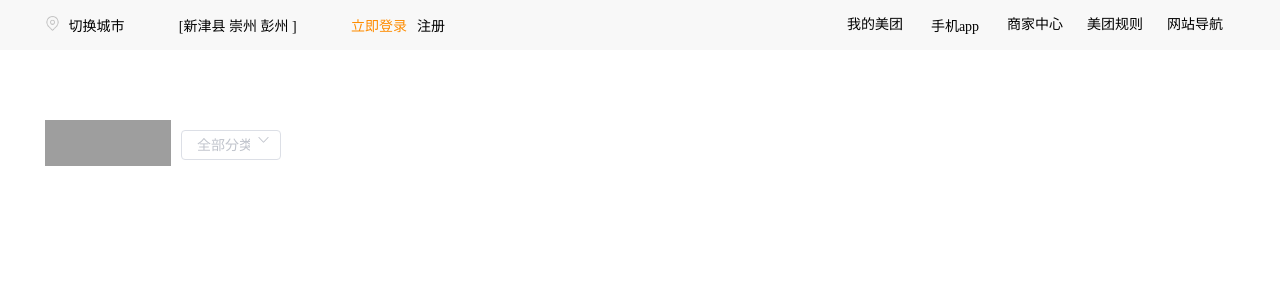
Repository: jinggegeZ/-
Page: /detail
The author's editor kept a copy of each file at every save. The page is drawn from the files as they stood at one save, then again after the next save.
The browser window is 1280 px wide. The pictures show the whole page.
Pictures or frames that could not be fetched are drawn as grey boxes. The page's requests for data from a server got no answer. The project was rebuilt for these pictures with package versions that can differ from the ones it lists, and the page was loaded fresh each time. No one was signed in, and anything a server would have sent is missing. Also part of the build but not shown: vue.config.js, src/components/Navigation/Navigation.vue, src/components/navbox/navbox.vue, src/components/Sty/Sty.vue, src/views/Home.vue.

Above is the page before, as saved 2020-08-24 15:32:24.

### public/index.html
<!DOCTYPE html>
<html lang="en">
  <head>
    <meta charset="utf-8">
    <meta http-equiv="X-UA-Compatible" content="IE=edge">
    <meta name="viewport" content="width=device-width,initial-scale=1.0">
    <link rel="icon" href="<%= BASE_URL %>favicon.ico">
    <title><%= htmlWebpackPlugin.options.title %></title>
  </head>
  <body>
    <script src="//at.alicdn.com/t/font_2017422_ck56kzje6p4.js"></script>
    <noscript>
      <strong>We're sorry but <%= htmlWebpackPlugin.options.title %> doesn't work properly without JavaScript enabled. Please enable it to continue.</strong>
    </noscript>
    <div id="app"></div>
    <!-- built files will be auto injected -->
  </body>
</html>

### src/App.vue
<template>
  <div id="app">
    <router-view/>
  </div>
</template>

<style lang="scss">
@import '../src/style/style';
</style>

### src/style/style.css
* {
    margin: 0;
    padding: 0;

}
body,html{
    background: #fff;
}
/* 这是css3媒体查询 */
@media screen and (max-width: 1200px) {
    .top {
        width: 960px !important;
    }
}

/* top样式 */
.topbox {
    width: 100%;
    display: flex;
    justify-content: center;
    background: rgb(248,248,248);
    font-size: 14px;
}

.topbox2 {
    width: 100%;
    display: flex;
    justify-content: center;
    font-size: 14px;
    margin-top: 20px;
}
.topbox1 {
    width: 100%;
    display: flex;
    justify-content: center;
    box-shadow: 0px 15px 20px -15px rgb(234,234,234);
    font-size: 14px;
}
.topbox3 {
    width: 100%;
    display: flex;
    justify-content: center;
    font-size: 14px;
}
.restopbox {
    width: 100%;
    display: flex;
    justify-content: center;
    /* background: rgb(248,248,248); */
    font-size: 14px;
    border-bottom: 1.8px solid rgb(238,238,238);
}
.top {
    width: 1190px;

}

.top1 {

    height: 50px;
    display: flex;
    justify-content: space-between;
}

.leftbox {
    display: flex;
    align-items: center;
    width: 400px;
    justify-content: space-between;
}
.spans1 {
    margin-left: 5px;
}
.user {
    display: flex;
}
.spans:hover {
    color: #FE8C00;
}
.spans1:hover {
    color: #FE8C00;
}
.rightbox {
    display: flex;
    align-items: center;
    width: 400px;
    justify-content: space-between;
}

.rightbox1 {
    width: 100px;
    height: 50px;
    display: flex;
    align-items: center;
    justify-content: center;
    position: relative;

}

.postion {
    position: absolute;
    z-index: 999;
    width: 100%;
    height: 100%;
    text-align: center;
    line-height: 50px;
}

.rightbox2 {
    visibility: hidden;
    right: -1px;
    position: absolute;
    z-index: 998;
    top: 99%;
    background: white;
    border-left: 1px solid rgb(229, 229, 229);
    border-bottom: 1px solid rgb(229, 229, 229);
    border-right: 1px solid rgb(229, 229, 229);
    box-shadow: 0px 0px 10px 0px #ccc;
}

.rightbox3 {
    height: 36px;
    line-height: 36px;
    text-align: center;
    width: 80px;
}

.rightbox4 {
    height: 36px;
    line-height: 36px;
    text-align: center;
    width: 118px;
}

.rightbox5 {
    width: 1190px;
    height: 300px;
    display: flex;
    justify-content: center;
}

.rightbox6 {
    width: 95%;
    height: 95%;
    display: flex;
    justify-content: space-between;
}

.rightbox6-1 {
    width: 200px;
}

.rightbox6-1-1 {
    width: 200px;
    height: 80px;
    display: flex;
    justify-content: center;
    align-items: center;
    font-size: 16px;
}

.rightbox6-1-2 {
    width: 200px;
    height: 190px;
    font-size: 12px;
}

.rightbox6-1-2-1 {
    height: 30px;
    width: 100%;
    display: flex;
    justify-content: space-between;
    align-items: center;
}

.rightbox6-1-2-2 {
    height: 30px;
    width: 100%;
    display: flex;
    justify-content: flex-start;
    align-items: center;
}

.rightbox6-2 {
    width: 100px;
}

.rightbox6-2-1 {
    width: 100px;
    height: 80px;
    display: flex;
    justify-content: center;
    align-items: center;
    font-size: 16px;
}

.rightbox6-2-1-1 {
    width: 100px;
    height: 190px;
    font-size: 12px;
}

.rightbox6-2 {
    width: 100px;
}

.rightbox6-2-1-1-font {
    width: 100%;
    height: 25px;
    display: flex;
    justify-content: center;
    align-items: center;
}

.rightbox6-3 {
    width: 350px;

}

.rightbox6-3-1 {
    width: 350px;
    height: 80px;
    display: flex;
    justify-content: center;
    align-items: center;
    font-size: 16px;
}

.rightbox6-3-1-1 {
    width: 350px;
    height: 190px;
    font-size: 12px;
}

.rightbox6-3-1-1-1 {
    width: 100%;
    height: 80px;
    display: flex;
    justify-content: space-around;
    align-items: center;
}

.rightbox6-3-1-1-1-img {
    width: 60px;
    height: 60px;
    border-radius: 5px;
}

.nav2box2font:hover {
    color: rgb(251, 199, 0);
}

.nav2box2font2:hover {
    color: red;
}

.postion:hover {
    color: #FE8C00;
}

.rightbox3:hover {
    color: #FE8C00;
}

.rightbox4:hover {
    color: #FE8C00;
}

.rightbox1:hover .rightbox2 {
    visibility: visible
}

.rightbox1:hover {
    box-shadow: 0 3px 5px 0 rgba(0, 0, 0, 0.1);
}

.rightbox1:hover .postion {
    background-color: white;


}

.leftboximg {
    width: 15px;
    height: 15px;
}

.rightnow {
    color: #FE8C00;
    margin-right: 10px;
}

/* nav部分 */
.nav {
    height: 140px;
    width: 100%;
    display: flex;
    align-items: center;
}

.nav1 {
    width: 240px;
    margin-right: 100px;
}

.nav1img {
    width: 126px;
    height: 46px;

}

.nav1input {
    display: flex;
    width: 469px;
    height: 50px;
    align-items: center;
}

.nav1input1 {
    width: 469px;
    position: relative;
}

.nav1input1box {
    position: absolute;
    top: 140px;
    width: 469px;
    background-color: white;
    border-radius: 5px;
    z-index: 99;
}

.item {
    width: 100%;
    height: 30px;
    font-size: 12px;
    margin-left: 10px;
}

.nav1inputboox {
    width: 80px;
    height: 40px;
    background-color: #FE8C00;
    display: flex;
    justify-content: center;
    align-items: center;
}

.nav1inputbooximg {
    width: 20px;
    height: 20px;
}

.nav2 {
    width: 100%;
    height: 50px;
    display: flex;
}

.nav2box {
    width: 228px;
    height: 50px;
    border-left: 1px solid rgb(229, 229, 229);
    border-top: 1px solid rgb(229, 229, 229);
    border-right: 1px solid rgb(229, 229, 229);
    display: flex;
    align-items: center;
    font-size: 17px;
}

.all {
    padding-left: 20px;
}

.nav2box2 {
    margin-left: 60px;
    display: flex;
    align-items: center;
    justify-content: space-around;
    width: 500px;
    font-size: 17px;
}

/* navbox 部分 */
.navbox {
    display: flex;
}

.navleftbox {
    width: 18%x;
    height: 425px;
    border-left: 1px solid rgb(229, 229, 229);
    border-right: 1px solid rgb(229, 229, 229);
    border-bottom: 1px solid rgb(229, 229, 229);
}

.navrightbox {
    width: 78%;
    height: 425px;
}

.navleftbox-item {
    width: 228px;
    height: 26px;
    display: flex;
    justify-content: space-between;
    align-items: center;
    flood-color: #646464;
    margin-top: 1px;
    position: relative;
}

.navleftbox-item:hover .itembox {
    background: rgb(254,254,254);
    visibility: visible;
}

.icon {
    width: 16px !important;
    height: 16px !important;
    margin-right: 10px;
}

.icon1 {
    width: 12px;
    height: 12px;
}

.itembox {
    visibility: hidden;
    position: absolute;
    left: 100%;
    width: 400px;
    height: 450px;
    top: 0;
    display: flex;
    justify-content: center;
    align-items: center;
    z-index: 99;
}

.itembox1 {
    width: 90%;
    height: 90%;

}

.itembox2 {
    width: 100%;
    line-height: 60px;
    font-size: 16px;

    margin-bottom: 20px;
}

.item-child {
    width: 100%;
    display: flex;
    justify-content: space-between;
    border-bottom: 1px solid rgb(229, 229, 229);
}

.itembox3 {
    display: flex;
    flex-wrap: wrap;
}

.itembox4 {
    color: #999;
    font-size: 12px;
    line-height: 15px;
    display: inline-block;
    margin-right: 16px;
    margin-top: 10px;
    cursor: pointer;
}

/* navbox右边渲染部分css */
.navrightbox-1 {
    display: flex;
    width: 950px;
    margin-left: 10px;
    margin-top: 10px;
}

.navrightbox-swiper {
    width: 550px;
    height: 240px;
}
.swiperimg {
    width: 550px;
}
.el-carousel__item h3 {
    color: #475669;
    font-size: 18px;
    opacity: 0.75;
    line-height: 300px;
    margin: 0;
}

.el-carousel__item:nth-child(2n) {
    background-color: #99a9bf;
}

.el-carousel__item:nth-child(2n+1) {
    background-color: #d3dce6;
}
.el-carousel{
    height: 100%;
}
.el-carousel__container{
    height: 100% !important;
}
.navrightbox-2 {
    width: 150px;
    height: 239px;
    margin: 0 10px;
}
.navrightbox-2img {
    width: 150px;
}
.top-loginbox {
    width: 228px;
    height: 238px;
    border: 1px solid rgb(229,229,229);
    background:#fff;
    display: flex;
    justify-content: center;
    align-items: center;
}
.top-loginbox1 {
    width: 95%;
    height: 95%;
}
.top-loginbox2 {
    width: 95%;
    height: 95%;
    display: flex;
    justify-content: center;
    align-items: center;
    position: relative;
}
.top-loginbox2-1 {
    width: 100%;
    height: 100%;
}
.top-loginbox2-1imgbox {
    width: 100%;
    height: 150px;
    display: flex;
    justify-content: center;
    align-items: center;
}
.top-loginbox2-1img {
    width: 50px;
    height: 50px;

}
.userbox {
    width: 100%;
    display: flex;
    justify-content: center;
}
.changebox {
    position: absolute;
    top: 0;
    right: 0;
    width: 30px;
    height: 30px;

}
.changeboximg {
    width: 30px;
    height: 30px;
}
.headimg {
    width: 228px;
    height: 59px;
    margin-bottom: 5px;
    display: flex;
    justify-content: center;
    align-items: center;
}
.headimg1{
    width: 55px;
    height: 55px;
    border-radius: 50%;
}
.headimg2 {
    width: 228px;
    height: 21px;
    margin-bottom: 5px;
    display: flex;
    justify-content: center;
    align-items: center;
}
.headimg2-1 {
    width: 96px;
    display: flex;
    justify-content: center;
    align-items: center;
}
.headimg3 {
    width: 119px;
    height: 39px;
    display: flex;
    justify-content: center;
    align-items: center;
    border-radius: 25px;
    border:1px solid rgb(229,229,229);
}
/* 下部解析部分 */
.bottombox {
    display: flex;
    margin-left: 10px;
}
.bottombox-1 {
    width: 270px;
    height: 165px;
    margin-top: 10px;
    margin-right: 10px;
}
.bottombox-1img {
    width: 270px;
}
.bottombox-2 {
    width: 270px;
    height: 165px;
    margin-top: 10px;
    margin-right: 10px;
}
.bottombox-3 {
    width: 150px;
    height: 165px;
    margin-top: 10px;
    margin-right: 10px;
}
.bottombox-3img {
    width: 150px;
}
.bottombox-4 {
    width: 230px;
    height: 165px;
    border:1px solid rgb(229,229,229);
    margin-top: 10px;
}
.bottombox-4-1 {
    width: 230px;
    height: 100px;
    display: flex;
    justify-content: center;
    align-items: center;
}
.bottombox-4-1-1 {
    width: 95px;
    height: 95px;
}
.bottombox-5 {
    width: 230px;
    height: 30px;
    display: flex;
    justify-content: center;
    align-items: center;
    font-size: 16px;
}
.bottombox-6 {
    scale: 230px;
    height: 20px;
    display: flex;
    justify-content: center;
    align-items: center;
    font-size: 12px;
}
.bottombox6-1 {
    color: red;
    margin-right: 5px;
}
/* 有格调部分 */
.stybox {
    width: 100%;
    height: 50px;
    background: rgb(242,191,71);
    display: flex;
    justify-content: space-between;
    align-items: center;
    border-radius: 10px 10px 0 0 ;
}
.stybox1 {
    display: flex;
}
.stybox1-font {
    font-size: 18px;
    color: white;
    margin: 0 20px 0 20px;
}
.stybox1-font2 {
    font-size: 12px;
    color: white;
    display: flex;
    align-items: center;
    width: 400px;
    justify-content: space-between;
}
.stybox1-font2-item1 {
    position: relative;
    width:120px;
    display: flex;
    justify-content: center;
}
/* .stybox1-font2-item1:hover .triangle_border_up {
    visibility: visible;
}
.stybox1-font2-item2:hover .triangle_border_up {
    visibility: visible;
}
.stybox1-font2-item4:hover .triangle_border_up {
    visibility: visible;
} */
.stybox1-font2-item2 {
    text-align: center;
}

.stybox2-img {
    width: 14px;
    height: 14px;
    margin-top: 5px;
}
.stybox2 {
    font-size: 14px;
    color: white;
    display: flex;
    align-items: center;
}
/* 向上的三角形 */
.triangle_border_up{
    /* visibility: hidden; */
    width:0px;
    height:0px;
    border-width:0 10px 10px;
    border-style:solid;
    border-color:transparent transparent #fff;/*透明 透明  灰*/
    margin-top:10px;
    position: absolute;
    bottom: -17px;
}
.stybox3 {
    width: 1188px;
    height: 687px;
    background: #fff;
    border-radius: 0 0 10px 10px;
    border: 1px solid rgb(229,229,229);
    font-size: 12px;
    display: flex;
    flex-wrap: wrap;
}
.stybox3-item {
    width: 370px;
    height: 330px;
    margin: 10px;

}
.stybox3-itemimg {
    width: 370px;
    height: 208px;
    margin-bottom: 10px;

}
.stybox3-itemimg1 {
    width: 370px;
    height: 208px;

}
.stybox3-itemfont {
    font-size: 14px;
}
.font2 {
    font-size: 14px;
    overflow: hidden;
    text-overflow: ellipsis;
    display: -webkit-box;
    -webkit-line-clamp: 1;
    -webkit-box-orient: vertical;
}
/* 城市选择部分 */
.citybox {
    width: 1190px;
    padding: 20px;
    font-size: 16px;
    background-color: #fff;
    margin: 20px auto 0;
    border: 1px solid #E5E5E5;
    border-radius: 4px;
    min-height: 1000px;
    padding: 20px;
}
.citybox-province {
    width: 100%;
    height: 71px;
    display: flex;
    align-items: center;
    padding: 0px 0px 19px;
    border-bottom: 1px solid #E5E5E5;
}
.proviencechosebox {
    width: 220px;
    height: 40px;
    margin: 0 10px 0 20px;
    font-size: 14px;
    color: #666;
    border-radius: 4px;
    display: flex;
    justify-content: center;
}

.citychosebox {
    width: 220px;
    height: 40px;
    font-size: 14px;
    color: #666;
    border-radius: 4px;
    display: flex;
    justify-content: center;
}
.cityboximg {
    width: 10px;
    height: 15px;
}
/* 直接搜素 */
.directSearch {
    margin-left: 50px;
    display: flex;
    align-items: center;
}
.directSearchbox {
    width: 220px;
    height: 40px;
    font-size: 14px;
    color: #666;
    border-radius: 4px;
    display: flex;
    justify-content: center;
}
.el-input__inner {
    width: 100% !important;
}
.el-input {
    width: 100% !important;
}
/* 热门城市选择 */
.hotcitychose {
    width: 100%;
    height: 71px;
    display: flex;
    align-items: center;
    border-bottom: 1px solid #E5E5E5;
}
.hotcitychosebox {
    display: flex;
    align-items: center;
    width: 748px;
    height: 20px;
    justify-content: space-around;
}
/* 最近访问 */

.recentVisit {
    width: 100%;
    height: 71px;
    display: flex;
    align-items: center;
    border-bottom: 1px solid #E5E5E5;
}
.recentVisitchosebox {
    display: flex;
    align-items: center;
    width: 748px;
    height: 20px;

}
.recentVisitchosebox-item {
    margin-right: 10px;
}
/* 拼音首字母 */
.Initials {
    width: 100%;
    height: 71px;
    display: flex;
    align-items: center;
}
.Initialsbox {
    display: flex;
    align-items: center;
    width: 748px;
    height: 20px;
    justify-content: space-around;
}
.Initialsbox a {
    text-decoration: none !important;
    color: #666;
}
/* 详细地区 */
.detailscity {
    width: 1148px;
    display: flex;
    padding: 13px 30px 13px 10px;
}
.letter {
    width: 40px;
    height: 40px;
    border-radius: 50%;
    background: rgb(255,208,0);
    display: flex;
    justify-content: center;
    align-items: center;
}
.letters {
    width: 1065px;
    display: flex;
    flex-wrap: wrap;
}
.letters a{
    text-decoration:none !important;
    color: #666;
}
.letters-item {
    margin: 10px 20px;
    display: inline;
}
/* 登录页面 */

.logintopbox {
    width: 100%;
    height: 120px;
    display: flex;
    justify-content: center;
    align-items: center;
}
.logintopbox1 {
    width: 1190px;
    height: 47px;
}
.logintopbox1img {
    width: 130px;
    height: 47px;
}
.sloginbox {
    width: 100%;
    /* height: 370px; */
    display: flex;
    align-items: center;
    margin-bottom: 70px;
}
.sloginbox1 {
    height: 370px;
    width: 480px;
}
.sloginbox1img {
    width: 480px;
    height: 370px;
}
.login-section {
    width: 270px;
    display: flex;
    justify-content: center;
    font-size: 14px;
    color: #666;
    margin-left: 115px;

}
.login-sectionbox {
    width: 95%;
}
.login-section1 {
    height: 50px;
    margin-top: 50px;
    display: flex;
    justify-content: space-between;
    align-items: center;
}
.login-section1img {
    width: 15px;
    height: 15px;
}
.login-section1img2 {
    width: 22px;
    height: 22px;

}
.login-section2 {
    margin-bottom: 10px;
    width: 270px;
    height: 40px;
    border: 1px solid rgb(255,208,0);
    display: flex;
    align-items: center;
}
.login-section2imgbox {
    width: 37px;
    height: 40px;
    display: flex;
    justify-content: center;
    align-items: center;
}
.login-section2img {
    width: 30px;
    height: 30px;
}
.login-section2 input {
    border: none;
}
.forgetpassword {
    font-size: 12px;
    width: 100%;
    height: 26px;
    margin-bottom: 8px;
    display: flex;
    justify-content: flex-end;
    align-items: center;
    color: red;
}
.loginbox {
    width: 270px;
    height: 40px;
    display: flex;
    justify-content: center;
    align-items: center;
    background: rgb(255,208,0);
}
.goresgiter {
    width: 270px;
    margin-top: 10px;
    margin-bottom: 10px;
    display: flex;
    align-items: center;
}
.goresgiter1 {
    color: rgb(254,140,0);
}
.otherlogin {
    width: 270px;
}
.otherloginbox1 {
    width: 100%;
    height: 30px;
    display: flex;
    align-items: center;
    justify-content: center;
}
.otherloginbox1-1 {
    width: 50px;
    height: 1px;
    background: rgb(204,204,204);
    margin-right: 5px;
}
.otherloginbox1-2 {
    width: 50px;
    height: 1px;
    background: rgb(204,204,204);
    margin-left: 5px;
}
.otherloginbox2 {
    width: 100%;
    height: 30px;
    display: flex;
    justify-content: center;
}
.otherloginbox2-1 {
    width: 30%;
    height: 30px;
    display: flex;
    justify-content: space-around;
    align-items: center;
}
.otherloginbox2-1img {
    width: 20px;
    height: 20px;
}
/* 底部说明 */
.footbox {
    width: 100%;
    height: 48px;
    border-top: 1px solid rgb(238,238,238);
    border-bottom: 1px solid rgb(238,238,238);
    display: flex;
    align-items: center;
    font-size: 12px;
    color: #666;

}
.footboxitem {
    width: 400px;
    display: flex;
    align-items: center;
    justify-content: space-between;
}
.footboxitem-mid {
    width: 1px;
    height: 10px;
    background: rgb(244,244,244);
}
/* 版权所有 */
.footer {
    margin-top: 20px;
    width: 100%;
    height: 20px;
    font-size: 12px;
    color: #666;
}
/* 注册部分 */
.resgtopbox {
    width: 100%;
    height: 60px;
    display: flex;
    justify-content: space-between;
    align-items: center;

}
.resgtopbox-1img {
    width: 126px;
    height: 46px;
}
.resgtopboxfont {
    color: orange;
}
.resgitermsgbox {
    width: 1190px;
    font-size: 12px;
    color: #666;

}
.resgitermsgbox1 {
    width: 100%;
    display: flex;
    justify-content: center;
}
.resgitermsgbox1-1 {
    width: 90%;
    height: 45px;
    display: flex;
    /* justify-content: center; */
    align-items: center;
}
.inforbox {
    width: 150px;
    display: flex;
    align-items: center;
    justify-content: flex-end;
}

.rsgmsgbox {
    width: 100%;
    display: flex;
    justify-content: center;
    margin-top: 30px;
}
.resgitermsginputbox {
    width: 260px;
    height: 40px;
    border: 1px solid rgb(204,204,204);
    margin-left: 15px;
    margin-right: 15px;
    border-radius: 5px;
}
.resgitermsginputbox input {
    border: none !important;
}
.resgiterbutton {
    width: 136px;
    height: 21px;
    background: rgb(230,230,230);
    display: flex;
    justify-content: center;
    align-items: center;
    margin-left: 15px;
}
.resgiterbutton:hover {
    background: rgb(240,240,240);
}
.resgiterbutton1 {
    display: flex;
    width: 260px;
    height: 21px;
    justify-content: space-between;
    align-items: center;

    margin-left: 15px;
}
.resgiterbutton1-item {
    width: 80px;
    height: 21px;
    display: flex;
    align-items: center;
    justify-content: center;
    border: 1px solid rgb(240,240,240);
    background: rgb(230,230,230);
}
.resgiterbutton1-item1 {
    width: 80px;
    height: 21px;
    display: flex;
    align-items: center;
    justify-content: center;
    border: 1px solid rgb(240,240,240);
    background: rgb(255,205,0);

}
.resgiterbutton2 {
    display: flex;
    width: 178px;
    height: 34px;
    justify-content: center;
    align-items: center;
    background: rgb(255,205,0);
    margin-left: 15px;
    font-size: 14px;
    color: black;
}
.resgiterbutton3 {
    color: rgb(255,205,0);
    margin-left: 15px;
}
.rsgmsgboxfooter {
    width: 100%;
    border-top: 1px solid rgb(238,238,238);
    margin-bottom: 20px;
}
.rsgmsgboxfootermsg {
    width: 100%;
    display: flex;
    justify-content: center;
    font-size: 12px;
    color: #999999;
}
/* 详情部分 */
.detail-topbox {
    width: 100%;
    height: 150px;
    display: flex;
    align-items: center;
}
.detail-topbox-left {
    display: flex;
    align-items: center;
}
.detail-topbox-leftimg {
    width: 126px;
    height: 46px;
}
.detail-topbox-leftbox {
    width: 100px;
    height: 30px;
    margin-left: 10px;
}
.detail-topbox-leftbox input {
    width: 100px;
    height: 30px;
}
.hover:hover {
    color: orange;
}

### src/views/detail/detail.vue
<template>
  <div>
    <top></top>
    <div class="topbox2">
      <div class="top">
        <div class="detail-topbox">
          <div class="detail-topbox-left">
            <div>
              <img
                class="detail-topbox-leftimg"
                src="//s0.meituan.net/bs/fe-web-meituan/fa5f0f0/img/logo.png"
                alt
              />
            </div>
            <div class="detail-topbox-leftbox">
              <el-select v-model="value" placeholder="全部分类">
                <el-option
                  v-for="item in menu"
                  :key="item.id"
                  :label="item.label"
                  :value="item.name"
                >
                  <span style="float: left" v-if="Array.isArray(item.name)">
                    <span v-for="(item1,index1) in item.name" :key="index1">
                      <span
                        ref="changes"
                        @mouseenter="changeItem(item1)"
                        @mouseleave="deleteitem(item1)"
                        @click="choseitem1(item1)"
                      >{{item1}}</span>
                      <span v-if="index1 !==  item.name.length-1">/</span>
                    </span>
                  </span>
                  <span class="hover" style="float: left" v-else @click="choseitem(item)">{{ item.name }}</span>
                  <span style="float: right; color: #8492a6; font-size: 13px">{{ item.value }}</span>
                </el-option>
              </el-select>
            </div>
          </div>
        </div>
      </div>
    </div>
  </div>
</template>

<script>
import top from "../../components/top/top";
export default {
  name: "",
  props: {},
  components: {
    top,
  },
  data() {
    return {
      city: "",
      menu: [],
      value: "",
      flagColor: -1,
    };
  },
  methods: {
    //   鼠标移入事件
    changeItem(item) {
       Array.from(this.$refs.changes).map(item1 => {
           if (item1.innerText === item) {
               item1.style.color = 'orange'
           }
       })
   },
   //鼠标移出事件
  deleteitem(item){
    Array.from(this.$refs.changes).map(item1 => {
           if (item1.innerText === item) {
               item1.style.color = '#000'
           }
       })
  },
    //点击事件
    choseitem1(item1) {
        console.log(item1);
    },
    //点击事件
    choseitem(item){
        console.log(item.name);
    }
  },
  mounted() {
    this.$api
      .getall()
      .then((res) => {
        if (res.code === 200) {
          this.menu = res.data.menu;
          this.menu.map((item) => {
            if (item.name.includes("/")) {
              item.name = item.name.split("/");
              console.log(item.name);
            }
          });
          console.log(this.menu);
        }
      })
      .catch((err) => {});
  },
  watch: {},
  computed: {},
};
</script>

<style scoped lang='scss'>
</style>

Loaded but not shown: src/store/index.js (common file); src/http/api.js (41 lines, source omitted); src/router/index.js (46 lines, source omitted); src/main.js (16 lines, source omitted); src/http/index.js (15 lines, source omitted); src/components/top/top.vue (193 lines, source omitted)

After the next save:
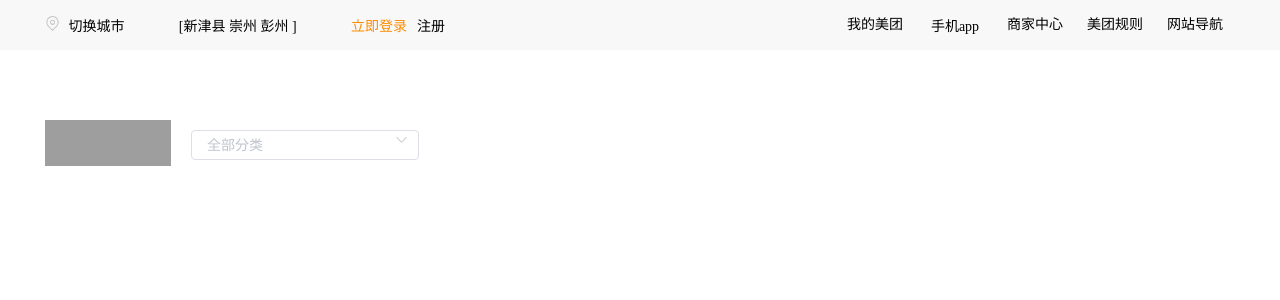
Saved 36 s later.
--- a/src/style/style.css
+++ b/src/style/style.css
@@ -1248,8 +1248,7 @@
     height: 46px;
 }
 .detail-topbox-leftbox {
-    width: 100px;
-    height: 30px;
+    padding: 10px;
     margin-left: 10px;
 }
 .detail-topbox-leftbox input {
